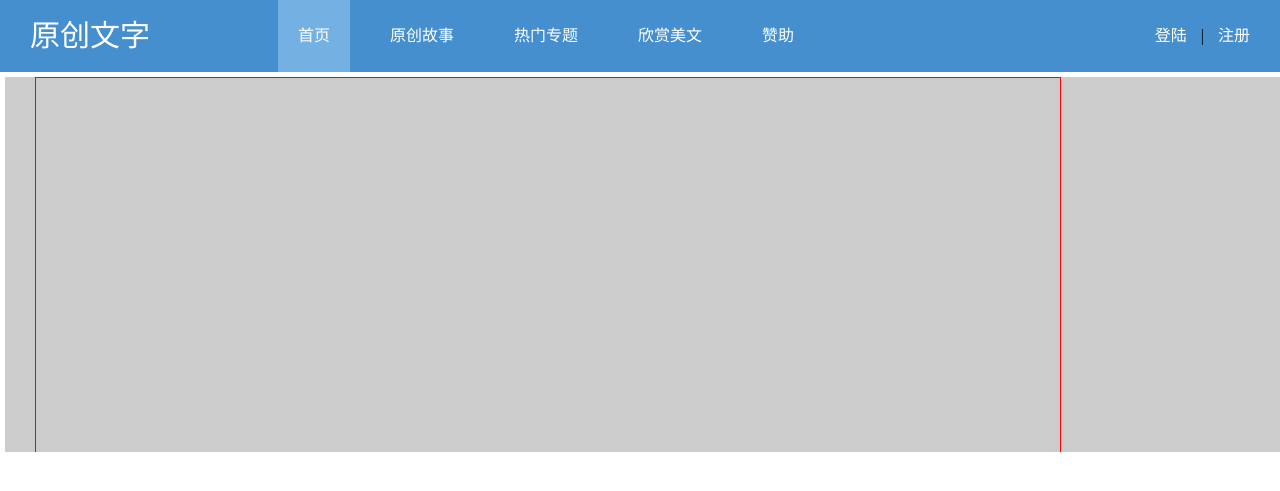
Repository: equation-zheng/Article
Page: http://localhost/Idles/index.jsp
The author's editor kept a copy of each file at every save. The page is drawn from the files as they stood at one save, then again after the next save.
The browser window is 1280 px wide. The pictures show the whole page.
The page is served by Tomcat 9.

Above is the page before, as saved 2017-12-06 02:08:02.

After the next save:
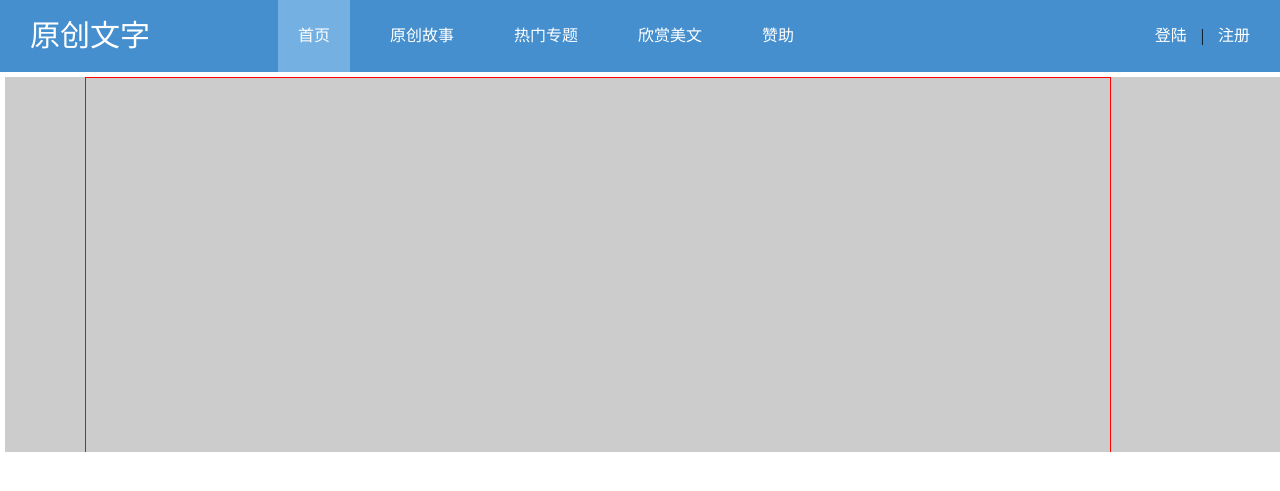
Saved 28 s later.
--- a/Service/apache-tomcat-7.0.82/Idles/WebContent/index.jsp
+++ b/Service/apache-tomcat-7.0.82/Idles/WebContent/index.jsp
@@ -74,7 +74,7 @@
 		height: 380px;
 		width: 1024px;
 		border: solid 1px red;
-		margin-left: 30px;
+		margin-left: 80px;
 	}
 </style>
 <body>
